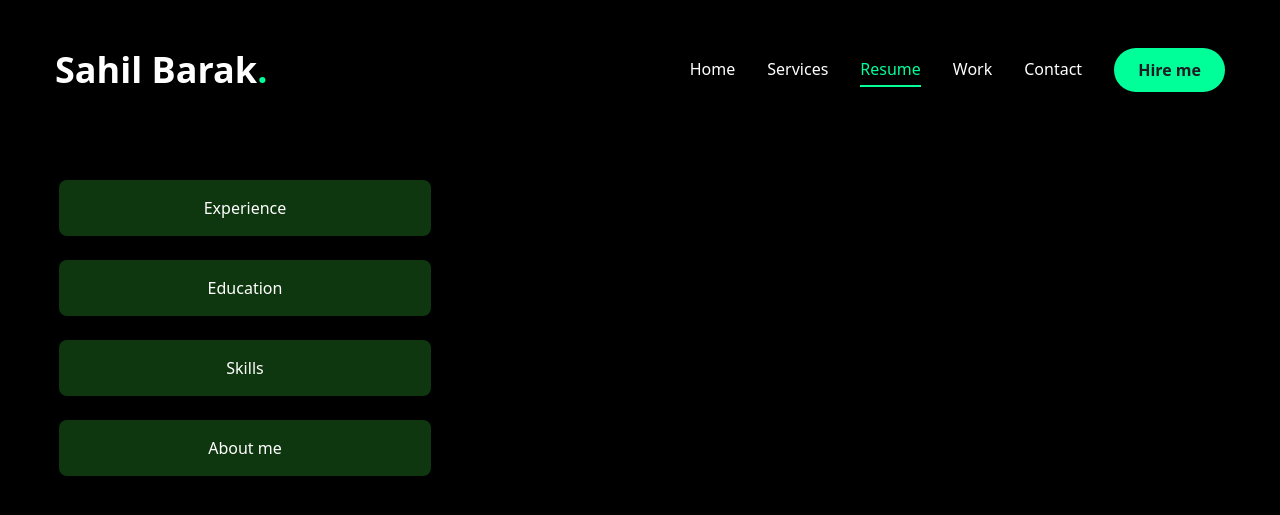
Repository: Moxsahil/My_portfolio
Page: /resume (app in sahil-portfolio/)
These files come from the project's save history. The page is drawn as it stood at one moment and after the next save; the edit follows.
The browser window is 1280 px wide. The pictures show the whole page.
The project was rebuilt for these pictures with package versions that can differ from the ones it lists, and the page was loaded fresh each time. The framework's server and built-in components were replaced by stand-ins that run in the browser. Also part of the build but not shown: sahil-portfolio/next.config.mjs, sahil-portfolio/components/ui/tooltip.jsx, sahil-portfolio/components/ui/scroll-area.jsx.

Above is the page before, as saved 2024-10-05 21:39:56.

After the next save:
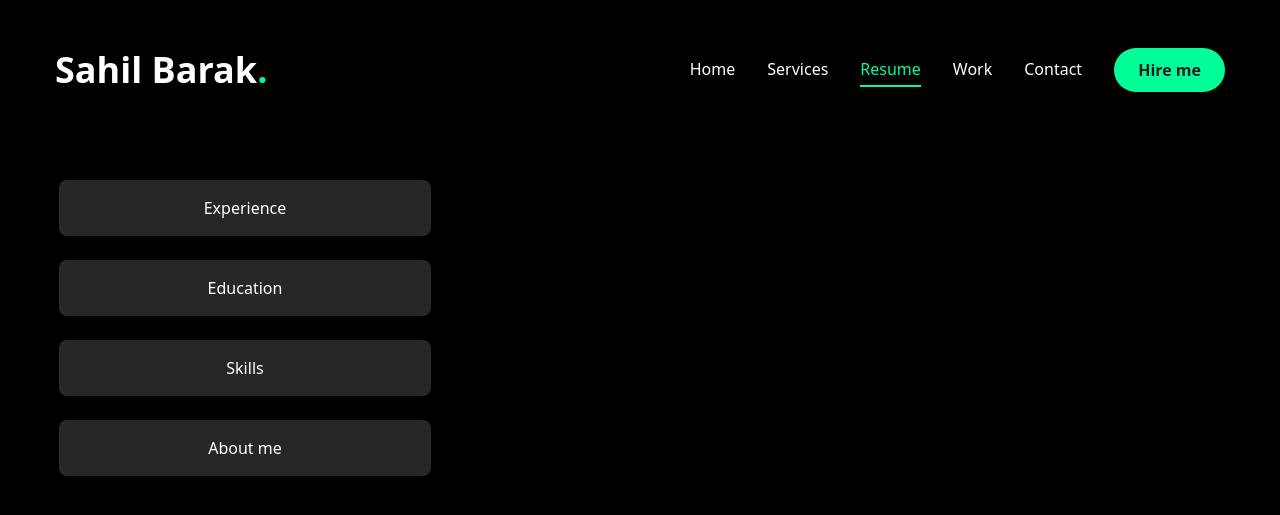
Saved 6 s later.
--- a/sahil-portfolio/components/ui/tabs.jsx
+++ b/sahil-portfolio/components/ui/tabs.jsx
@@ -20,7 +20,7 @@
   <TabsPrimitive.Trigger
     ref={ref}
     className={cn(
-      "inline-flex items-center w-full bg-[#2727] justify-center whitespace-nowrap text-white rounded-lg p-3 text-balance font-medium ring-offset-white transition-all disabled:pointer-events-none disabled:opacity-50 data-[state=active]:bg-accent data-[state=active]: data-[state=active]:font-bold data-[state=active]:shadow-sm",
+      "inline-flex items-center w-full bg-[#272727] justify-center whitespace-nowrap text-white rounded-lg p-3 text-balance font-medium ring-offset-white transition-all disabled:pointer-events-none disabled:opacity-50 data-[state=active]:bg-accent data-[state=active]: data-[state=active]:font-bold data-[state=active]:shadow-sm",
       className
     )}
     {...props} />
